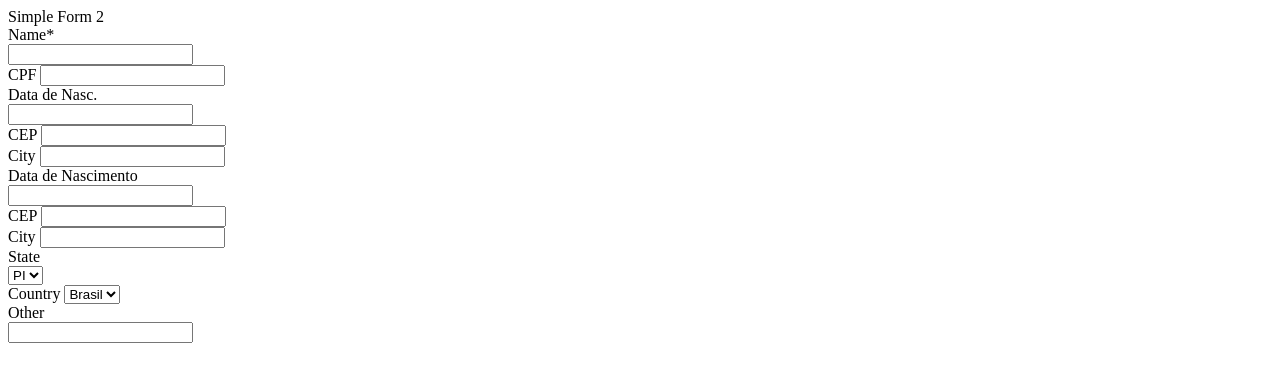
Repository: eudesf/MySpaceShip
Page: MySpaceShip/WebContent/articles/othercomps.html
An editor plug-in stored every save of this project. The page is shown before and after the next save, followed by the edit.
The browser window is 1280 px wide. The pictures show the whole page.

Above is the page before, as saved 2012-03-19 17:20:52.

After the next save:
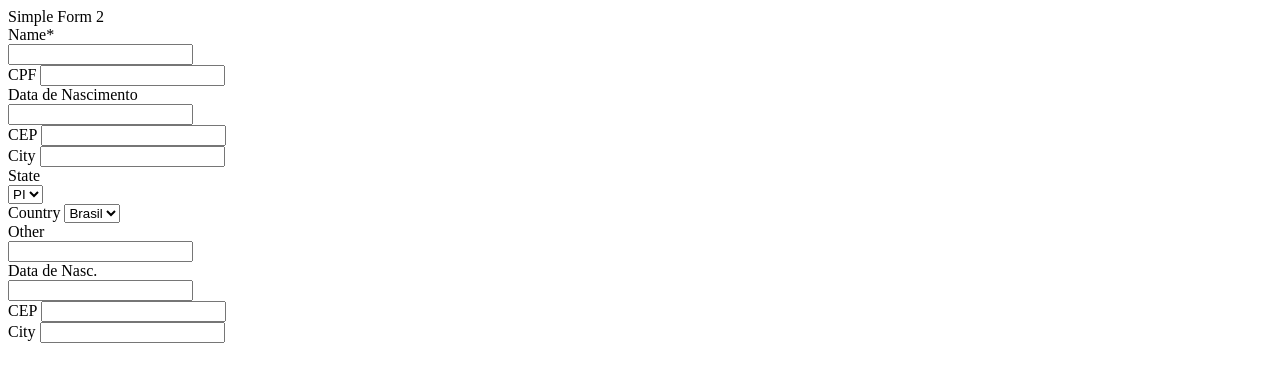
Saved 20 s later.
--- a/MySpaceShip/WebContent/articles/othercomps.html
+++ b/MySpaceShip/WebContent/articles/othercomps.html
@@ -12,22 +12,6 @@
 		<div class="w50p">
 			<label for="address">CPF</label>
 			<input id="address" type="text"/>
-		</div>
-
-		<label for="birthdate">Data de Nasc.</label>
-
-		<div class="w30p">
-			<input id="birthdate" type="text" class="w100p"/>
-		</div>
-
-		<div class="w25p">
-			<label for="cep">CEP</label>
-			<input id="cep" type="text"/>
-		</div>
-
-		<div class="w25p">
-			<label for="city">City</label>
-			<input id="city" type="text"/>
 		</div>
 
 		<label for="birthdate">Data de Nascimento</label>
@@ -67,6 +51,22 @@
 			<input id="others" type="text" class="w100p" />
 		</div>
 
+		<label for="birthdate">Data de Nasc.</label>
+
+		<div class="w30p">
+			<input id="birthdate" type="text" class="w100p"/>
+		</div>
+
+		<div class="w25p">
+			<label for="cep">CEP</label>
+			<input id="cep" type="text"/>
+		</div>
+
+		<div class="w25p">
+			<label for="city">City</label>
+			<input id="city" type="text"/>
+		</div>
+
 
 	</form>
 </article>
